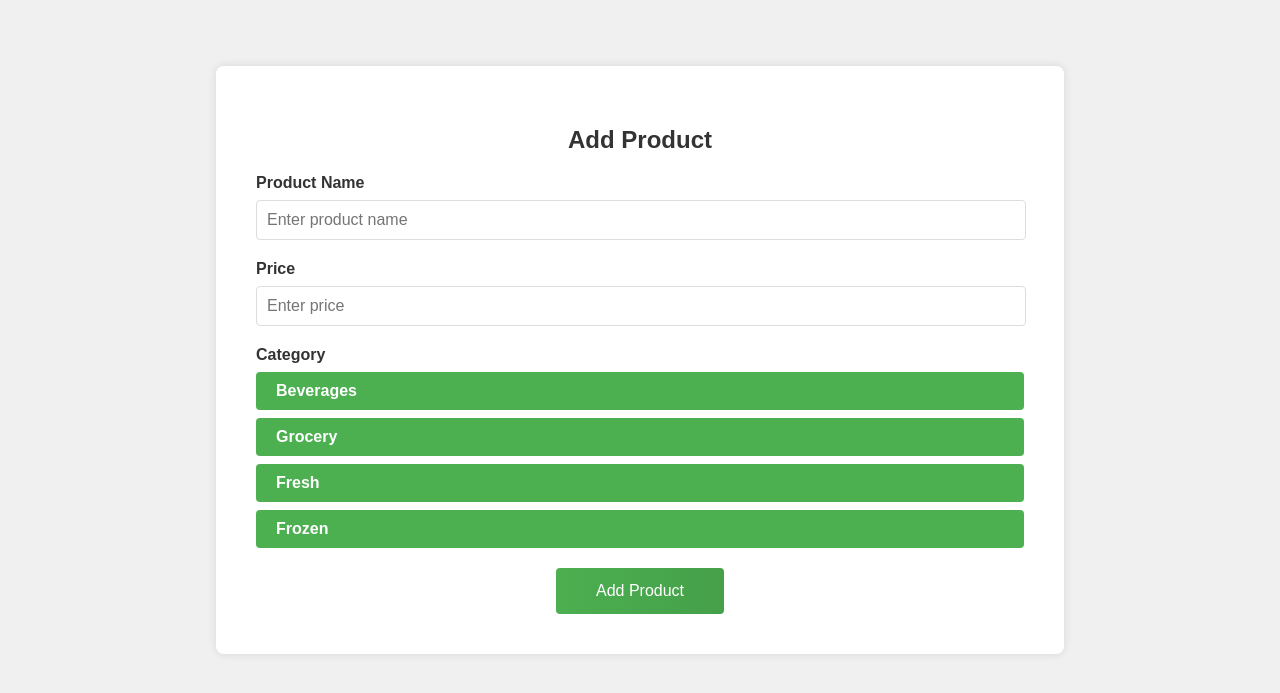
Repository: UrinduYatawakaa/OOP_project
Page: http://localhost/ProductDemo/ProductInsert.jsp
An editor plug-in stored every save of this project. The page is shown before and after the next save, followed by the edit.
The browser window is 1280 px wide. The pictures show the whole page.
The page is served by Tomcat 9. Other server files are loaded and not shown.

Above is the page before, as saved 2023-10-25 12:17:19.

### oop project/ProductDemo/src/main/webapp/ProductInsert.jsp
<%@ page language="java" contentType="text/html; charset=ISO-8859-1"
    pageEncoding="ISO-8859-1"%>

<!DOCTYPE html>
<html lang="en">

<head>
    <meta charset="UTF-8">
    <meta name="viewport" content="width=device-width, initial-scale=1.0">
    <title>Add Products</title>
    <link rel="stylesheet" href="css/ProductInsert.css">
</head>

<body>
    <div class="container">
        <h2>Add Product</h2>
        <form id="productForm" action="insert" method="post">
            <div class="input-group">
                <label for="productName">Product Name</label>
                <input type="text" id="productName" name="name" placeholder="Enter product name" required>
            </div>
            <div class="input-group">
                <label for="price">Price</label>
                <input type="text" id="price" name="price" placeholder="Enter price" required>
            </div>
            <div class="input-group">
                <label>Category</label>
                <div class="category-options">
                    <input type="radio" id="category1" name="category" value="Beverages" required>
                    <label for="category1">Beverages</label>
                    <input type="radio" id="category2" name="category" value="Grocery" required>
                    <label for="category2">Grocery</label>
                    <input type="radio" id="category3" name="category" value="Fresh" required>
                    <label for="category3">Fresh</label>
                    <input type="radio" id="category4" name="category" value="Frozen" required>
                    <label for="category4">Frozen</label>
                </div>
            </div>
            <button type="button" onclick="validateForm()">Add Product</button>
        </form>
    </div>

    <script>
    function validateForm() {
        var productName = document.getElementById("productName").value;
        var price = document.getElementById("price").value;
        var category = document.querySelector('input[name="category"]:checked');

        if (productName === "" || price === "" || category === null) {
            alert("All fields are required!");
        } else if (isNaN(parseFloat(price))) {
            alert("Price must be a valid number!");
        } else {
            // Form is valid, you can submit it or perform other actions here
            // For example, you can submit the form using document.getElementById("productForm").submit();
            alert("Form submitted successfully!");
        }
    }

    </script>
</body>

</html>

### oop project/ProductDemo/src/main/webapp/css/ProductInsert.css
@charset "ISO-8859-1";

body {
    background-color: #f0f0f0;
    color: #333;
    font-family: Arial, sans-serif;
    display: flex;
    justify-content: center;
    align-items: center;
    height: 100vh;
    margin: 0;
}

.container {
    background-color: #fff;
    padding: 40px;
    border-radius: 8px;
    box-shadow: 0 0 10px rgba(0, 0, 0, 0.1);
    text-align: center;
    width: 60%;
}

.input-group {
    margin-bottom: 20px;
    text-align: left;
}

.input-group label {
    display: block;
    margin-bottom: 8px;
    font-weight: bold;
}

input[type="text"] {
    width: calc(100% - 20px);
    padding: 10px;
    border: 1px solid #ddd;
    border-radius: 4px;
    font-size: 16px;
}

.category-options input[type="radio"] {
    display: none;
}

.category-options label {
    background-color: #4CAF50;
    color: #fff;
    padding: 10px 20px;
    border-radius: 4px;
    cursor: pointer;
    transition: background-color 0.3s;
}

.category-options input[type="radio"]:checked+label {
    background-color: #45a049;
}

button {
    background: linear-gradient(to right, #4CAF50, #45a049);
    color: #fff;
    border: none;
    padding: 14px 40px;
    border-radius: 4px;
    cursor: pointer;
    font-size: 16px;
    transition: background 0.3s;
}

button:hover {
    background: linear-gradient(to right, #45a049, #4CAF50);
}

After the next save:
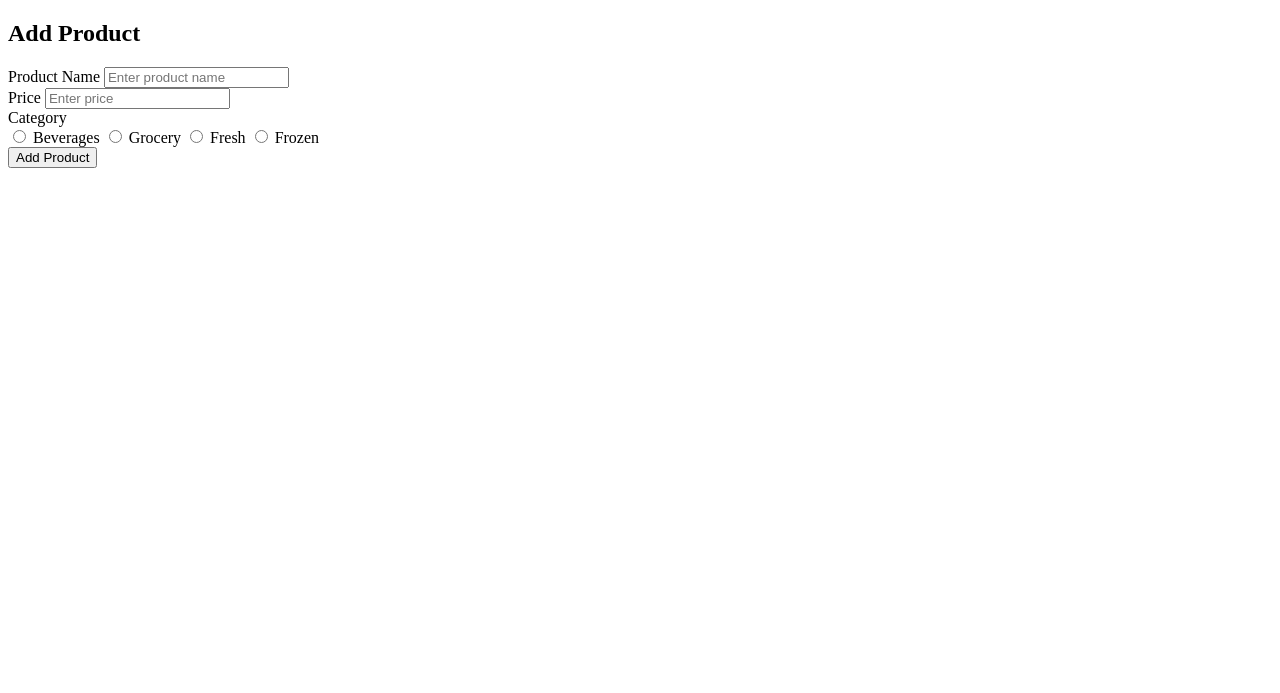
Not found: oop project/ProductDemo/ProductDemo/ProductInsert.css
Not found: oop project/ProductDemo/ProductDemo/test.js
Saved 102 s later.
--- a/oop project/ProductDemo/src/main/webapp/ProductInsert.jsp
+++ b/oop project/ProductDemo/src/main/webapp/ProductInsert.jsp
@@ -1,6 +1,5 @@
 <%@ page language="java" contentType="text/html; charset=ISO-8859-1"
     pageEncoding="ISO-8859-1"%>
-
 <!DOCTYPE html>
 <html lang="en">
 
@@ -8,7 +7,7 @@
     <meta charset="UTF-8">
     <meta name="viewport" content="width=device-width, initial-scale=1.0">
     <title>Add Products</title>
-    <link rel="stylesheet" href="css/ProductInsert.css">
+    <link rel="stylesheet" href="ProductInsert.css">
 </head>
 
 <body>
@@ -40,24 +39,7 @@
         </form>
     </div>
 
-    <script>
-    function validateForm() {
-        var productName = document.getElementById("productName").value;
-        var price = document.getElementById("price").value;
-        var category = document.querySelector('input[name="category"]:checked');
-
-        if (productName === "" || price === "" || category === null) {
-            alert("All fields are required!");
-        } else if (isNaN(parseFloat(price))) {
-            alert("Price must be a valid number!");
-        } else {
-            // Form is valid, you can submit it or perform other actions here
-            // For example, you can submit the form using document.getElementById("productForm").submit();
-            alert("Form submitted successfully!");
-        }
-    }
-
-    </script>
+    <script src="test.js" </script>
 </body>
 
 </html>

After the 2 saves that followed:
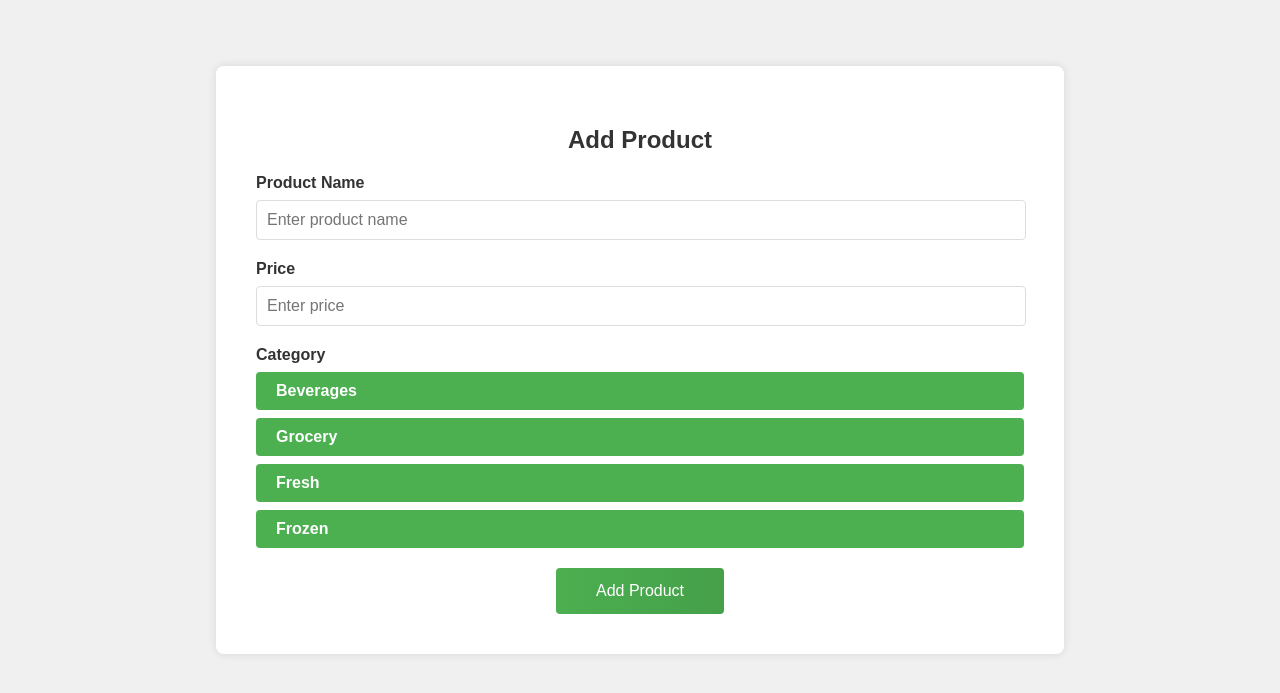
The 2 saves are shown as one change because 1 left the picture as it was.
The last was saved 24 s later.
--- a/oop project/ProductDemo/src/main/webapp/ProductInsert.jsp
+++ b/oop project/ProductDemo/src/main/webapp/ProductInsert.jsp
@@ -7,7 +7,7 @@
     <meta charset="UTF-8">
     <meta name="viewport" content="width=device-width, initial-scale=1.0">
     <title>Add Products</title>
-    <link rel="stylesheet" href="ProductInsert.css">
+    <link rel="stylesheet" href="css/ProductInsert.css">
 </head>
 
 <body>
